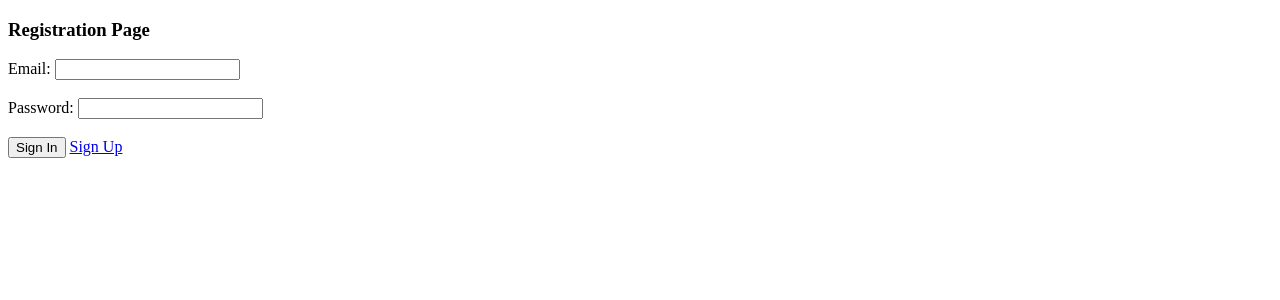
Repository: VinayBhirud/bookshop1
Page: bookshop1/src/main/webapp/register.html
The author's editor kept a copy of each file at every save. The page is drawn from the files as they stood at one save, then again after the next save.
The browser window is 1280 px wide. The pictures show the whole page.

Above is the page before, as saved 2023-06-20 13:02:35.

After the next save:
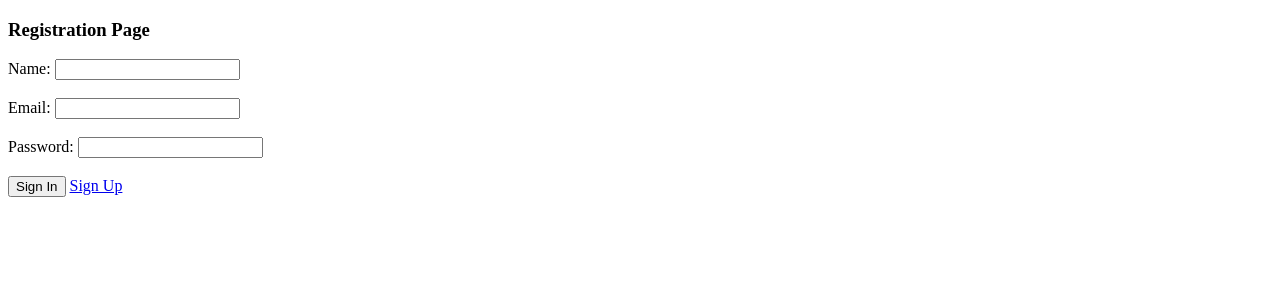
Saved 2 min 31 s later.
--- a/bookshop1/src/main/webapp/register.html
+++ b/bookshop1/src/main/webapp/register.html
@@ -6,7 +6,8 @@
 </head>
 <body>
 <h3>Registration Page</h3>
-	<form method="post" action="index.html">
+	<form method="post" action="login">
+		Name: <input type="text" name="name"/><br><br>
 		Email: <input type="text" name="email"/><br><br>
 		Password: <input type="password" name="passwd"/><br/><br/>
 		<input type="submit" value="Sign In"/>
